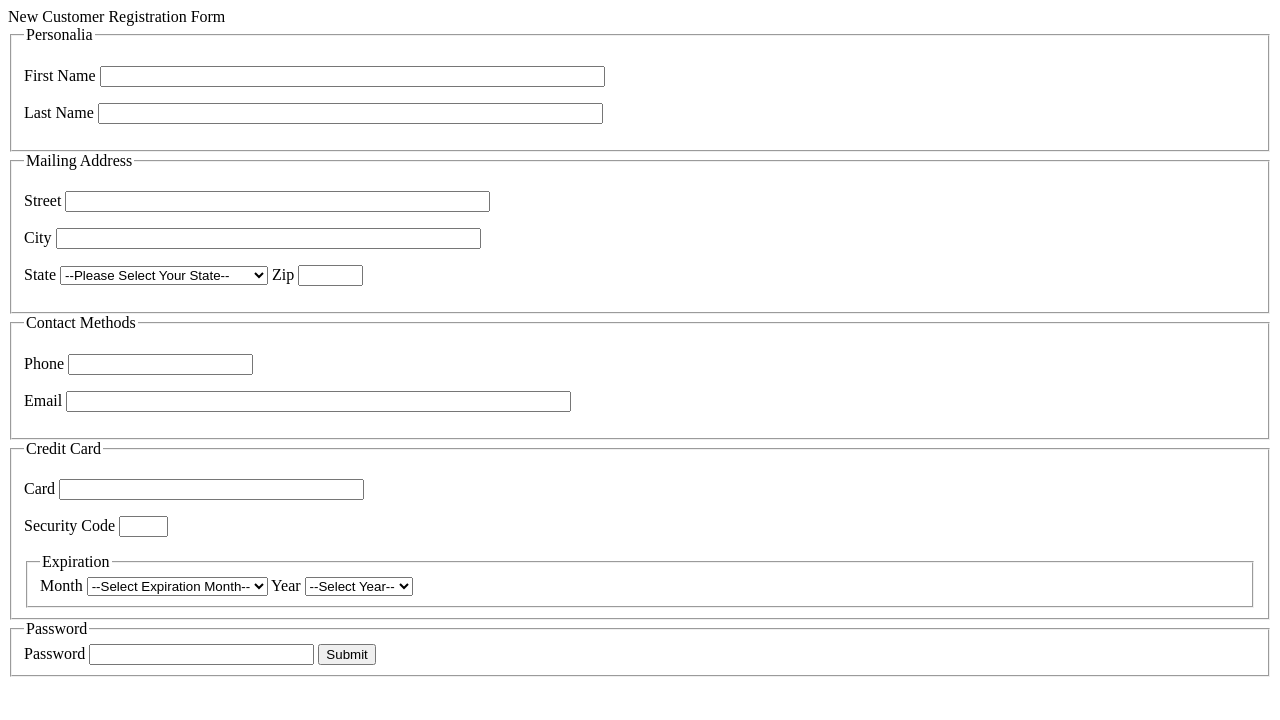
Repository: banjilawal/htdocs
Page: http://localhost/controls/new_customer-form.php
The author's editor kept a copy of each file at every save. The page is drawn from the files as they stood at one save, then again after the next save.
The browser window is 1280 px wide. The pictures show the whole page.
The page is run by PHP 8.4 with error messages shown; the project is at /var/www/html/.

Above is the page before, as saved 2022-03-27 00:03:22.

### shop-0.01/controls/new_customer-form.php
<?php
    require('../models/customer.php');

    #$customer = new Customer();
?>

<!DOCTYPE html>
<html lang="en-us">
<head>
    <meta name="viewport" content="width=device-width, initial-scale=1.0">
    <!--<link rel="stylesheet" type="text/css" href="style.css" media=”screen"/> -->
    <!--<script type="text/javascript" src="script.js"></script> -->
    <!--<script type="text/php" src="script.php"></script> -->

    <title>New Customer Registration</title>
</head>

<body>
<header>
    <hi>New Customer Registration Form</hi>
</header>

<nav>
</nav>
<main>
    <form id='new-customer-form' name='new-customer-form' method="post">
        <fieldset><legend>Personalia</legend>
            <p>
                <label for='firstname'> First Name </label>
                <input type="text" id="firstname" name="firstname" minlength="2" maxlength="50" size="60" pattern="[A-Z]+" required>
            </p>
            <p>
                <label for="lastname"> Last Name </label>
                <input type="text" id="lastname" name="lastname" minlength="2" maxlength="50" size="60" pattern="[A-Z]+" required>
            </p>
        </fieldset>

        <fieldset><legend>Mailing Address</legend>
            <p>
                <label for="street">Street </label>
                <input type="text" id="street" name="street" minlength="2" maxlength="60" size="50" required>
            </p>
            <p>
                <label for="city">City </label>
                <input type="text" id="city" name="city" minlength="2" maxlength="70" size="50" required>
            </p>
            <p>
                <label for="state"> State </label>
                <select id="state" name="state" required>
                    <option value="" selected>--Please Select Your State--</option>
                    <option value="AL">Alabama</option>
                    <option value="AK">Alaska</option>
                    <option value="AS">American Samoa</option>
                    <option value="AZ">Arizona</option>
                    <option value="AR">Arkansas</option>
                    <option value="AA">Armed Forces Americas</option>
                    <option value="AE">Armed Forces Europe</option>
                    <option value="AP">Armed Forces Pacific</option>
                    <option value="CA">California</option>
                    <option value="CO">Colorado</option>
                    <option value="CT">Connecticut</option>
                    <option value="DE">Delaware</option>
                    <option value="DC">District of Columbia</option>
                    <option value="FM">Federated States of Micronesia</option>
                    <option value="FL">Florida</option>
                    <option value="GA">Georgia</option>
                    <option value="GU">Guam</option>
                    <option value="HI">Hawaii</option>
                    <option value="ID">Idaho</option>
                    <option value="IL">Illinois</option>
                    <option value="IN">Indiana</option>
                    <option value="IA">Iowa</option>
                    <option value="KS">Kansas</option>
                    <option value="KY">Kentucky</option>
                    <option value="LA">Louisiana</option>
                    <option value="ME">Maine</option>
                    <option value="MH">Marshall Islands</option>
                    <option value="MD">Maryland</option>
                    <option value="MA">Massachusetts</option>
                    <option value="MI">Michigan</option>
                    <option value="MN">Minnesota</option>
                    <option value="MS">Mississippi</option>
                    <option value="MO">Missouri</option>
                    <option value="MT">Montana</option>
                    <option value="NE">Nebraska</option>
                    <option value="NV">Nevada</option>
                    <option value="NH">New Hampshire</option>
                    <option value="NJ">New Jersey</option>
                    <option value="NM">New Mexico</option>
                    <option value="NY">New York</option>
                    <option value="NC">North Carolina</option>
                    <option value="ND">North Dakota</option>
                    <option value="MP">Northern Mariana Islands</option>
                    <option value="OH">Ohio</option>
                    <option value="OK">Oklahoma</option>
                    <option value="OR">Oregon</option>
                    <option value="PW">Palau</option>
                    <option value="PA">Pennsylvania</option>
                    <option value="PR">Puerto Rico</option>
                    <option value="RI">Rhode Island</option>
                    <option value="SC">South Carolina</option>
                    <option value="SD">South Dakota</option>
                    <option value="TN">Tennessee</option>
                    <option value="TX">Texas</option>
                    <option value="UT">Utah</option>
                    <option value="VT">Vermont</option>
                    <option value="VI">Virgin Islands</option>
                    <option value="VA">Virginia</option>
                    <option value="WA">Washington</option>
                    <option value="WV">West Virginia</option>
                    <option value="WI">Wisconsin</option>
                    <option value="WY">Wyoming</option>
                </select>

                <label for="zip"> Zip </label>
                <input type="text" id="zip" name="zip" maxlength="5" minlength="5" size="5" pattern="[0-9]{5}" required>
            </p>
        </fieldset>

        <fieldset><legend>Contact Methods</legend>
            <p>
                <label for="phone">Phone</label>
                <input type="tel">
            </p>

            <p>
                <label>Email</label>
                <input type="email" size="60" required>
            </p>
        </fieldset>

        <fieldset><legend>Credit Card</legend>
            <p>
                <label for="card">Card</label>
                <input type="text" id="card" name="card" minlength="15" maxlength="25" size="35">
            </p>

            <p>
                <label for="code">Security Code</label>
                <input id="code" name="code" type="text" minlength="3" maxlength="3" size="3" pattern="[0-9]{3}" required>
            </p>

            <fieldset><legend>Expiration</legend>
                <label for="month">Month</label>
                <select>
                    <option value="" select>--Select Expiration Month--</option>
                    <option value="1">January</option>
                    <option value="2">February</option>
                    <option value="3">March</option>
                    <option value="4">April</option>
                    <option value="5">May</option>
                    <option value="6">June</option>
                    <option value="7">July</option>
                    <option value="8">August</option>
                    <option value="9">September</option>
                    <option value="10">October</option>
                    <option value="11">November</option>
                    <option value="12">December</option>
                </select>

                <label for="year">Year</label>
                <select>
                    <option value="" select>--Select Year--</option>
                    <option value="22">22</option>
                    <option value="23">23</option>
                    <option value="24">24</option>
                    <option value="25">25</option>
                    <option value="26">26</option>
                    <option value="27">27</option>
                    <option value="28">28</option>
                    <option value="29">29</option>
                    <option value="00">30</option>
                    <option value="01">31</option>
                    <option value="02">32</option>
                    <option value="03">33</option>
                </select>
            </fieldset>
        </fieldset>

        <fieldset><legend>Password</legend>
            <label for="password">Password</label>
            <input type="password" minlength="8" maxlength="15" size="25" required

        </fieldset>

        <input type="submit" value="Submit">
    </form>
</main>

<footer>
</footer>
</body>
<html>

### shop-0.01/models/customer.php
<?php
    #require_once('creditcard.php');
    require_once('address.php');
    require_once('phone.php');
    require_once('creditcard.php');

    class Customer {
        private $firstname;
        private $lastname;
        private $birthdate;
        private $phone;
        private $email;
        private $address;

        private $id;
        private $card;

        public function __construct($firstname, $lastname, $phone, $email, $address) {

            if (get_class($address) != 'PostalAddress') {
                throw new Exception("address is not of the correct type");
            }

            if (get_class($phone) != 'Phone') {
                throw new Exception("Not a valid phone number", 1);
            }

            $this->firstname = $firstname;
            $this->lastname = $lastname;
            #$this->birthdate = $birthdate;
            $this->phone = $phone;
            $this->email = $email;
            $this->address = $address;
        }

        public function get_firstname () { return $this->firstname; }
        public function get_lastname () { return $this->lastname; }
        public function get_birthdate () { return $this->birthdate; }
        public function get_phone () { return $this->phone; }
        public function get_email () { return $this->email; }
        public function get_address () { return $this->adddress; }

        public function set_firstname ($name) { $this->firstname = $name; }
        public function set_lastname ($name) { $this->lastname = $name; }
        public function set_birthdate ($date) { $this->birthdate = $date; }
        public function set_email ($email) { $this->email = $email; }

        public function set_phone ($phone) {
            if (get_class($phone) != 'Phone')
                throw new Exception("Not a valid phone number");

            $this->phone = $phone;
        }

        public function set_address ($address) {
            if (get_class($address) != 'PostalAddress')
                throw new Exception("address is not of the correct type");

            $this->address = $address;
        }

        public function set_card ($card) {
            if (get_class($card) != 'CreditCard')
                throw new Exception("Not a valid credit card");

            $this->card = $card;
        }

        public function set_id ($id) { $this->id = $id; }


        public function __toString() {
           $string = 'firstname: ' . $this->firstname . '<br>' . PHP_EOL;
           $string .= 'lastname: ' . $this->lastname . '<br>' . PHP_EOL;
          # $string .= 'birthdate: ' . $this->birthdate . '<br>' . PHP_EOL;
           $string .= 'phone: ' . $this->phone . '<br>' . PHP_EOL;
           $string .= 'email: ' . $this->email . '<br>' . PHP_EOL;
           $string .= 'address: ' . $this->address . '<br>' . PHP_EOL;
           $string .= 'card: ' . $this->card . '<br>' . PHP_EOL;

           return $string;
        }

    } // end class Customer

    $date = new ExpirationDate(11, 26);
    $code = new SecurityCode(352);
    $card = new CreditCard('5043-55422-2462-8632', $date, $code);
    #echo $card;

    $phone = new Phone('236', '155','1825');
    $address = new PostalAddress('11681 Theatre Drive North', 'Champlin', 'MN', '55316');

    $customer = new Customer('Hannia', 'Free', $phone, 'hannia-free@aim.com', $address);
    $customer->set_id('CN-38-VDL-M7');
    $customer->set_card($card);

 #   echo $customer;
?>

### shop-0.01/models/address.php
<?php
    class PostalAddress {
        private $street;
        private $city;
        private $state;
        private $zip;

        public function __construct($street, $city, $state, $zip) {
            $this->street = $street;
            $this->city = $city;
            $this->state = $state;
            $this->zip = $zip;
        }

        public function get_street () { return $this->street; }
        public function get_city () { return $this->city; }
        public function get_state () { return $this->state; }
        public function get_zip () { return $this->zip; }
        public function get_card () { return $this->card; }

        public function set_street ($street) { $this->street = $street; }
        public function set_city ($city) { $this->city = $city; }
        public function set_state ($state) { $this->state = $state; }
        public function set_zip ($zip) { $this->zip = $zip; }

        public function __toString () {
            return $this->street . ' ' . $this->city . ', ' . $this->state . ' ' . $this->zip;
        }

    } // end class StreetAddress
  #  $address = new PostalAddress('250 Turners Crossroad South', 'Golden Valley', 'MN', '55416');

  #  echo $address . '\n' .  gettype($address) . '\n' . get_class($address);
?>

### shop-0.01/models/phone.php
<?php
    class Phone {
        private $areaCode;
        private $exchange;
        private $number;

        public function __construct($areaCode, $exchange, $number) {
            if ($this->validate_code($areaCode) == 'fail') {
                throw new Exception("not a valid area code", 1);
            }

            if ($this->validate_code($exchange) == 'fail') {
                throw new Exception("not a valid phone exchange", 1);
            }

            if ($this->validate_number($number) == 'fail') {
                throw new Exception("not a valid extension", 1);
            }

            $this->areaCode = $areaCode;
            $this->exchange = $exchange;
            $this->number = $number;
        }

        public function get_street () { return $this->street; }
        public function get_city () { return $this->city; }
        public function get_state () { return $this->state; }
        public function get_zip () { return $this->zip; }
        public function get_card () { return $this->card; }

        public function set_area_code ($areaCode) {
            if ($this->validate_code($areaCode) == 'fail') {
                throw new Exception("not a valid area code", 1);
            }
            $this->areaCode = $areaCode;
        }

        public function set_exchange ($exchange) {
            if ($this->validate_code($exchange) == 'fail') {
                throw new Exception("not a valid phone exchange", 1);
            }
            $this->exchange = $exchange;
        }

        public function set_number ($number) {
            if ($this->validate_number($number) == 'fail') {
                throw new Exception("not a valid extension", 1);
            }
            $this->number = $number;
        }

        public function __toString () {
            return '(' . $this->areaCode . ') ' . $this->exchange . '-' . $this->number;
        }

        private function validate_code($var) {
            $result = 'fail';

            if (is_string($var)) {
                if ((is_numeric($var) && (strlen($var) == 3)))
                    $result = 'pass';
            }

            if (is_int($var)) {
                if (strlen((string)$var) == 3)
                    $result = 'pass';
            }

            return $result;
        }

        private function validate_number($var) {
            $result = 'fail';

            if (is_string($var)) {
                if ((is_numeric($var) && (strlen($var) == 4)))
                    $result = 'pass';
            }

            if (is_int($var)) {
                if (strlen((string)$var) == 4)
                    $result = 'pass';
            }

            return $result;
        }


    } // end class Phone
$phone = new Phone('340', 679, 8013);
#echo $phone;
?>

### shop-0.01/models/creditcard.php
<?php
    class ExpirationDate {
        private $month;
        private $year;

        public function __construct($month, $year) {
            if ($month < 1 || $month > 12) {
                throw new Exception("not a valid month");

            }

            if ($year < 0 || $year > 99) {
                throw new Exception("Not a valid expiration year");
            }

            $this->month = $month;
            $this->year = $year;
        }

        public function get_month () { return $this->month; }
        public function get_year () { return $this->year; }

        public function set_month ($number) {
            if ($number < 1 || $number> 12) {
                throw new Exception("not a valid expiration month");
            }
            $this->month = $number;
        }

        public function set_year ($number) {
            if ($number < 0 || $number> 99) {
                throw new Exception("not a valid expiration year");
            }
            $this->year = $number;
        }

        public function __toString() {
            return ($this->number_string($this->month) . '/' . $this->number_string($this->year));
          # return '[' . $this->month . ' ' . $this->year . ']';
          # return ('' . $this->get_month() . '/' . $this->get_year());
        }

        private function number_string($number) {
            $text = '' . $number;

            if ($number < 10) $text = '0' . $number;

            return $text;
        }
    } // end class ExpirationDate


    class SecurityCode {
        private $code;

        public function __construct($var) {
            if (is_numeric($var) == false)
                throw new Exception("security code is not a number");

            if (strlen((string)$var) != 3)
                throw new Exception("incorrect security code length");

            $this->code = $var;
        }

        public function get_code () { return $this->code; }

        public function __toString() {
            $text = '' . $this->code;
            return $text;
        }
    }

    class CreditCard {
        private $number;
        private $expiration;
        private $securityCode;

        public function __construct($number, $date, $code) {
            if (get_class($date) != 'ExpirationDate') {
                throw new Exception("date is not an expiration date");
            }

            if (get_class($code) != 'SecurityCode') {
                throw new Exception("code is not a valid credit card security code");
            }

            $this->number = $number;
            $this->expiration = $date;
            $this->securityCode = $code;
        }

        public function get_number () { return $this->number; }
        public function get_expiration () { return $this->expiration; }
        public function get_security_code () { return $this->securityCode; }

        public function set_number ($number) { $this->number = $number; }

        public function set_expiration ($date) {
            if (get_class($date) != 'ExpirationDate')
                throw new Exception("date is not an expiration date");

            $this->expiration = $date;
        }

        public function set_security_code ($code) {
            if (get_class($code) != 'SecurityCode')
                throw new Exception("code is not a valid credit card security code");

            $this->securityCode = $code;
        }

        public function __toString() {
            return 'number: ' . $this->number . ', expiration: ' . $this->expiration . ', security code: ' . $this->securityCode;
        }

        private function validate_number($var) {
            $result = 'fail';

            if (is_string($var)) {
                if ((is_numeric($var) && (strlen($var) == 3)))
                    $result = 'pass';
            }

            if (is_int($var)) {
                if (strlen((string)$var) == 3)
                    $result = 'pass';
            }

            return $result;
        }

        private function validate_securityCode($var) {
            $result = 'fail';

            if (is_string($var)) {
                if ((is_numeric($var) && (strlen($var) == 3)))
                    $result = 'pass';
            }

            if (is_int($var)) {
                if (strlen((string)$var) == 3)
                    $result = 'pass';
            }

            return $result;
        }
    } // end CreditCard class
?>

After the next save:
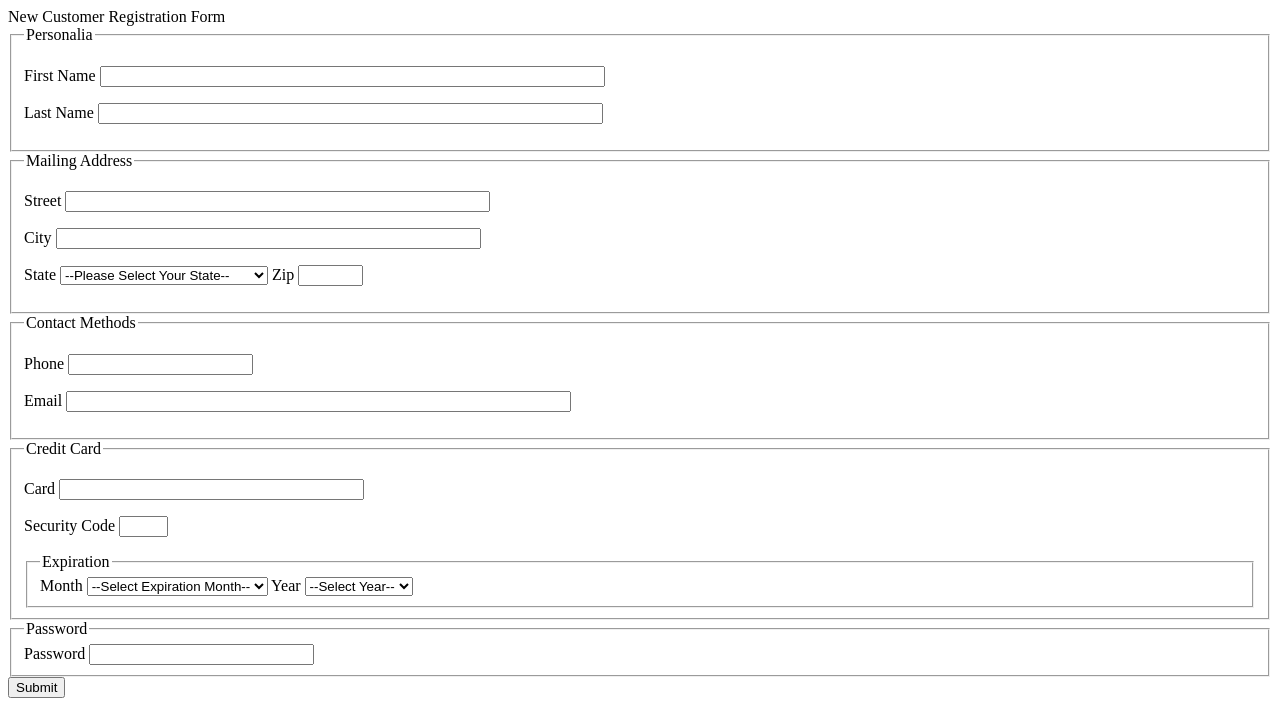
Saved 2 s later.
--- a/shop-0.01/controls/new_customer-form.php
+++ b/shop-0.01/controls/new_customer-form.php
@@ -179,7 +179,7 @@
 
         <fieldset><legend>Password</legend>
             <label for="password">Password</label>
-            <input type="password" minlength="8" maxlength="15" size="25" required
+            <input type="password" minlength="8" maxlength="15" size="25" required>
 
         </fieldset>
 
